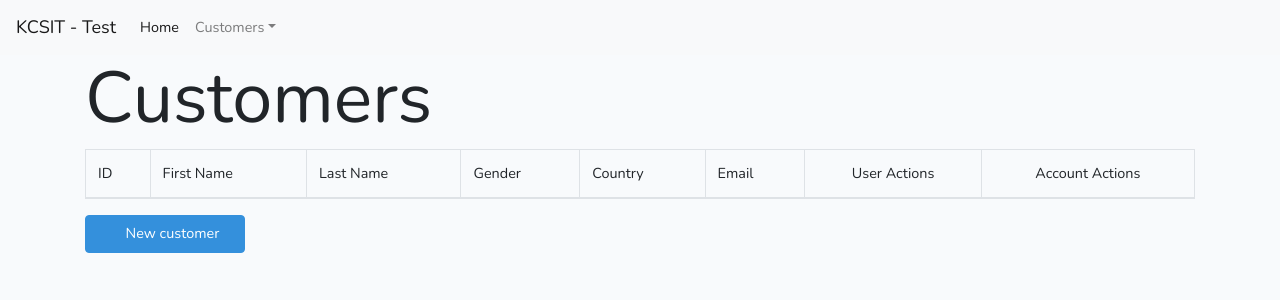
Repository: GilmarBrito/kcsit
Page: http://localhost/customers
These files come from the project's save history. The page is drawn as it stood at one moment and after the next save; the edit follows.
The browser window is 1280 px wide. The pictures show the whole page.
The page is served by the project's Laravel application, run on PHP 8.4 with Laravel 8. Other server files are loaded and not shown. Style sheets and scripts are compiled from the project's sources, by tool versions that may differ from the author's. Queries for data that is not in the repository find no rows.

Above is the page before, as saved 2020-03-08 22:16:37.
Console error: ReferenceError: $ is not defined

### routes/web.php
<?php

use Illuminate\Support\Facades\Route;

/*
|--------------------------------------------------------------------------
| Web Routes
|--------------------------------------------------------------------------
|
| Here is where you can register web routes for your application. These
| routes are loaded by the RouteServiceProvider within a group which
| contains the "web" middleware group. Now create something great!
|
*/

Route::get('/', function () {
    return view('welcome');
});

Route::resource('customers', 'CustomerController');

### app/Http/Controllers/CustomerController.php
<?php

namespace App\Http\Controllers;

use Illuminate\Http\Request;
use App\Customer;
use App\Account;

class CustomerController extends Controller
{
    /**
     * Display a listing of the resource.
     *
     * @return \Illuminate\Http\Response
     */
    public function index()
    {
        $customers = Customer::all();

        return view('customers.index', compact('customers'));
    }

    /**
     * Show the form for creating a new resource.
     *
     * @return \Illuminate\Http\Response
     */
    public function create()
    {
        return view('customers.create');
    }

    /**
     * Store a newly created resource in storage.
     *
     * @param  \Illuminate\Http\Request  $request
     * @return \Illuminate\Http\Response
     */
    public function store(Request $request)
    {
        $request->validate([
            'first_name' => 'required',
            'last_name' => 'required',
            'gender' => 'required',
            'country' => 'required',
            'email' => 'required|email|unique:customers,email'
        ]);

        $customer = new Customer([
            'first_name' => $request->get('first_name'),
            'last_name' => $request->get('last_name'),
            'gender' => $request->get('gender'),
            'country' => $request->get('country'),
            'email' => $request->get('email')
        ]);

        $customer->save();

        $bonus = rand(5,20);

        $account = new Account([
            'customer_id' => $customer->id,
            'current_balance' => 0,
            'bonus' => $bonus
        ]);

        $customer->account()->save($account);

        return redirect('/customers')->with('success', 'Customer saved!');
    }

    /**
     * Display the specified resource.
     *
     * @param  int  $id
     * @return \Illuminate\Http\Response
     */
    public function show($id)
    {
        //
    }

    /**
     * Show the form for editing the specified resource.
     *
     * @param  int  $id
     * @return \Illuminate\Http\Response
     */
    public function edit($id)
    {
        $customer = Customer::find($id);
        return view('customers.edit', compact('customer'));
    }

    /**
     * Update the specified resource in storage.
     *
     * @param  \Illuminate\Http\Request  $request
     * @param  int  $id
     * @return \Illuminate\Http\Response
     */
    public function update(Request $request, $id)
    {
        $request->validate([
            'first_name' => 'required',
            'last_name' => 'required',
            'gender' => 'required',
            'country' => 'required',
            'email' => 'required'
        ]);

        $customer = Customer::find($id);
        $customer->first_name =  $request->get('first_name');
        $customer->last_name = $request->get('last_name');
        $customer->gender = $request->get('gender');
        $customer->country = $request->get('country');
        $customer->email = $request->get('email');
        $customer->save();

        return redirect('/customers')->with('success', 'Customer updated!');
    }

    /**
     * Remove the specified resource from storage.
     *
     * @param  int  $id
     * @return \Illuminate\Http\Response
     */
    public function destroy($id)
    {
        $customer = Customer::find($id);
        $customer->delete();

        return redirect('/customers')->with('success', 'Customer deleted!');
    }
}

### app/Customer.php
<?php

namespace App;

use Illuminate\Database\Eloquent\Model;

class Customer extends Model
{
    protected $fillable = [
        'first_name',
        'last_name',
        'gender',
        'country',
        'email'
    ];

    public function account()
    {
        return $this->hasOne('App\Account');
    }
}

### resources/views/customers/index.blade.php
@extends('base')

@section('main')
<div class="row">
    <div class="col-sm-12">
        <h1 class="display-3">Customers</h1>
    </div>

    <div class="col-sm-12">
        <table class="table table-striped table-bordered">
            <thead>
                <tr>
                    <td>ID</td>
                    <td>First Name</td>
                    <td>Last Name</td>
                    <td>Gender</td>
                    <td>Country</td>
                    <td>Email</td>
                    <td colspan="2" class="text-center">User Actions</td>
                    <td colspan="2" class="text-center">Account Actions</td>
                </tr>
            </thead>
            <tbody>
                @foreach($customers as $customer)
                <tr>
                    <td>{{$customer->id}}</td>
                    <td>{{$customer->first_name}}</td>
                    <td>{{$customer->last_name}}</td>
                    <td>{{$customer->gender}}</td>
                    <td>{{$customer->country}}</td>
                    <td>{{$customer->email}}</td>
                    <td>
                        <a href="{{ route('customers.edit',$customer->id)}}" class="btn btn-primary btn-block"><i class="fas fa-user-edit"></i> Edit</a>
                    </td>
                    <td>
                    <form action="{{ route('customers.destroy', $customer->id)}}" method="post">
                            @csrf
                            @method('DELETE')
                            <button class="btn btn-danger btn-block" type="submit"><i class="fas fa-user-slash"></i> Delete</button>
                        </form>
                    </td>
                    <td>
                        <a href="#" class="btn btn-outline-success btn-block"><i class="fas fa-arrow-circle-up"></i> Deposit Money</a>
                    </td>
                    <td>
                        <a href="#" class="btn btn-outline-danger btn-block"><i class="fas fa-arrow-circle-down"></i> Withdraw Money</a>
                    </td>
                </tr>
                @endforeach
            </tbody>
        </table>
    </div>
    <div class="col-sm-2">
        <a href="{{route('customers.create')}}" class="btn btn-primary btn-block">
            <i class="fas fa-user-plus"></i> New customer
        </a>
    </div>
</div>
@endsection

### resources/views/base.blade.php
<!DOCTYPE html>
<html lang="en">
<head>
    <meta name="viewport" content="width=device-width, initial-scale=1.0">
    <title>KCSIT - Clever Full Stack Developer Test Task</title>
    <!-- Styles -->
    <link href="{{ asset('css/app.css') }}" rel="stylesheet">
</head>
<body>
    <nav class="navbar navbar-expand-lg navbar-light bg-light">
        <a class="navbar-brand" href="#">{{ config('app.name') }}</a>
        <button class="navbar-toggler" type="button" data-toggle="collapse" data-target="#navbarSupportedContent" aria-controls="navbarSupportedContent" aria-expanded="false" aria-label="Toggle navigation">
            <span class="navbar-toggler-icon"></span>
        </button>

        <div class="collapse navbar-collapse" id="navbarSupportedContent">
            <ul class="navbar-nav mr-auto">
                <li class="nav-item active">
                    <a class="nav-link" href="#">Home <span class="sr-only">(current)</span></a>
                </li>
                <li class="nav-item dropdown">
                    <a class="nav-link dropdown-toggle" href="#" id="navbarDropdown" role="button" data-toggle="dropdown" aria-haspopup="true" aria-expanded="false">Customers</a>
                    <div class="dropdown-menu" aria-labelledby="navbarDropdown">
                        <a class="dropdown-item" href="{{ route('customers.index') }}">List</a>
                        <a class="dropdown-item" href="{{ route('customers.create')}}">New</a>
                    </div>
                </li>
            </ul>
        </div>
    </nav>
    @include('flash-message')
    <div class="container">
        @yield('main')
    </div>
    <!-- Scripts -->
    <script src="{{ asset('js/app.js') }}"></script>

    <script>
        $(document).ready(function () {
            if ($('.alert')){
                $('.alert').fadeTo(2000, 500).slideUp(500, function(){
                    $(".alert-dismissible").alert('close');
                });
            }
        });
    </script>

</body>
</html>

### resources/views/flash-message.blade.php
@if ($message = Session::get('success'))
<div class="alert alert-success alert-dismissible fade show">
	<button type="button" class="close" data-dismiss="alert">×</button>
        <strong>{{ $message }}</strong>
</div>
@endif


@if ($message = Session::get('error'))
<div class="alert alert-danger alert-dismissible fade show">
	<button type="button" class="close" data-dismiss="alert">×</button>
        <strong>{{ $message }}</strong>
</div>
@endif


@if ($message = Session::get('warning'))
<div class="alert alert-warning alert-dismissible fade show">
	<button type="button" class="close" data-dismiss="alert">×</button>
	<strong>{{ $message }}</strong>
</div>
@endif


@if ($message = Session::get('info'))
<div class="alert alert-info alert-dismissible fade show">
	<button type="button" class="close" data-dismiss="alert">×</button>
	<strong>{{ $message }}</strong>
</div>
@endif


@if ($errors->any())
<div class="alert alert-danger alert-dismissible fade show">
	<button type="button" class="close" data-dismiss="alert">×</button>
	Please check the form below for errors
</div>
@endif

### resources/sass/app.scss
// Fonts
@import url('https://fonts.googleapis.com/css?family=Nunito');

// Variables
@import 'variables';

// Bootstrap
@import '~bootstrap/scss/bootstrap';
// @import 'node_modules/@fortawesome/fontawesome-free/scss/fontawesome.scss';
@import '~@fortawesome/fontawesome-free/scss/fontawesome';
@import '~@fortawesome/fontawesome-free/scss/regular';
@import '~@fortawesome/fontawesome-free/scss/solid';
@import '~@fortawesome/fontawesome-free/scss/brands';

Loaded but not shown: app/Http/Controllers/Controller.php (common file); resources/sass/_variables.scss (common file)

After the next save:
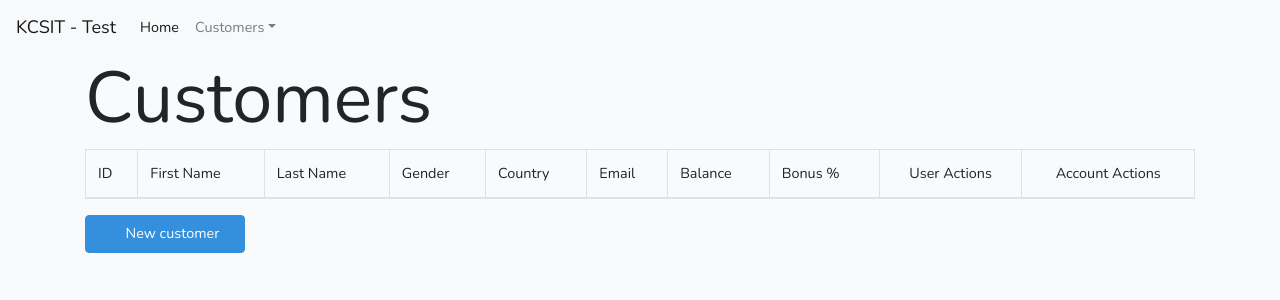
Saved 8 min 42 s later.
--- a/resources/views/customers/index.blade.php
+++ b/resources/views/customers/index.blade.php
@@ -16,6 +16,8 @@
                     <td>Gender</td>
                     <td>Country</td>
                     <td>Email</td>
+                    <td>Balance</td>
+                    <td>Bonus %</td>
                     <td colspan="2" class="text-center">User Actions</td>
                     <td colspan="2" class="text-center">Account Actions</td>
                 </tr>
